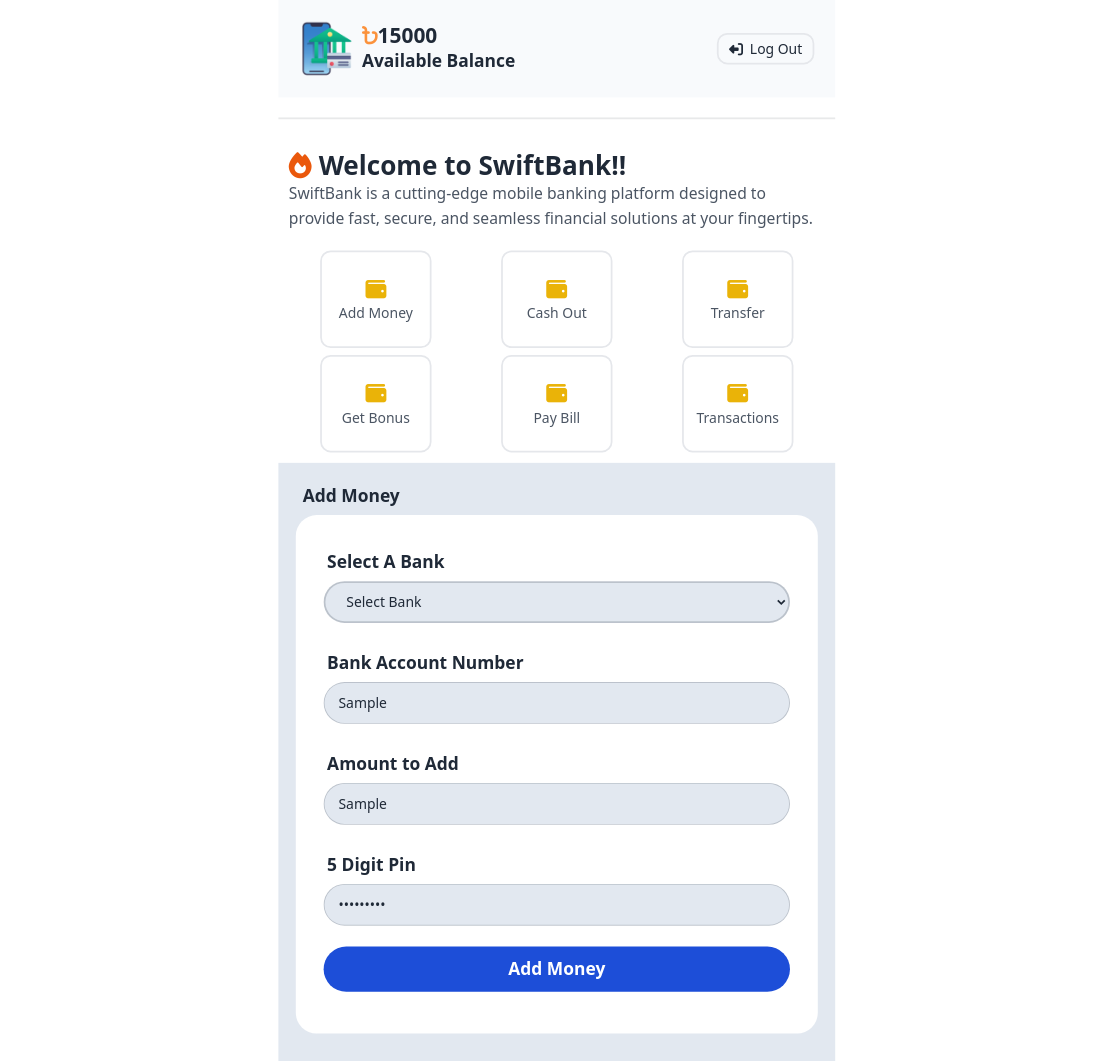
Repository: mukaddam-coder/swift-bank-mobile-banking
Page: home.html
An editor plug-in stored every save of this project. The page is shown before and after the next save, followed by the edit.
The browser window is 1280 px wide. The pictures show the whole page, at 87% of full size.
Empty fields were first filled with sample values (such as "Sample", 5 or name@example.com).
After loading, the first visible `#show-add-money-section` was clicked once.
Some web libraries are served in a nearby version.

Above is the page before, as saved 2024-12-17 00:21:54.
Console error: ReferenceError: id is not defined

After the next save:
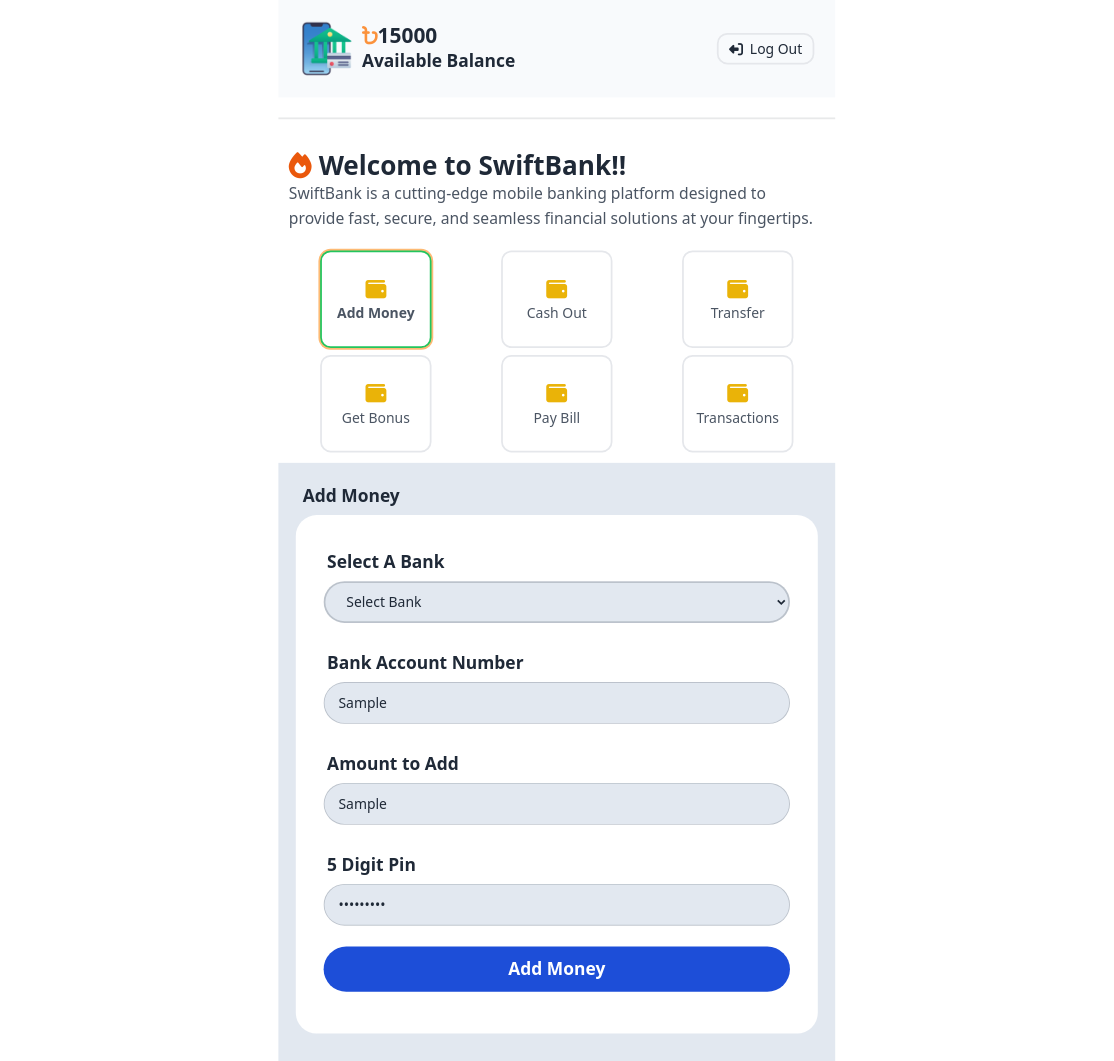
The error is gone.
Saved 54 s later.
--- a/Jscript/handle-button.js
+++ b/Jscript/handle-button.js
@@ -1,8 +1,8 @@
 function handleButtonClicked(activeButtonId){
-    const buttons = ['show-add-money-section', 'show-cash-out-section', 'show-money-transfer-section',
+    const buttonIds = ['show-add-money-section', 'show-cash-out-section', 'show-money-transfer-section',
         'show-get-bonus-section', 'show-pay-bill-section', 'show-transaction-history'
     ];
-    for(const button of buttons){
+    for(const id of buttonIds){
          const button = document.getElementById(id);
          button.classList.remove( 'border-1', 'border-green-500',
             'ring-2', 'ring-orange-300',
